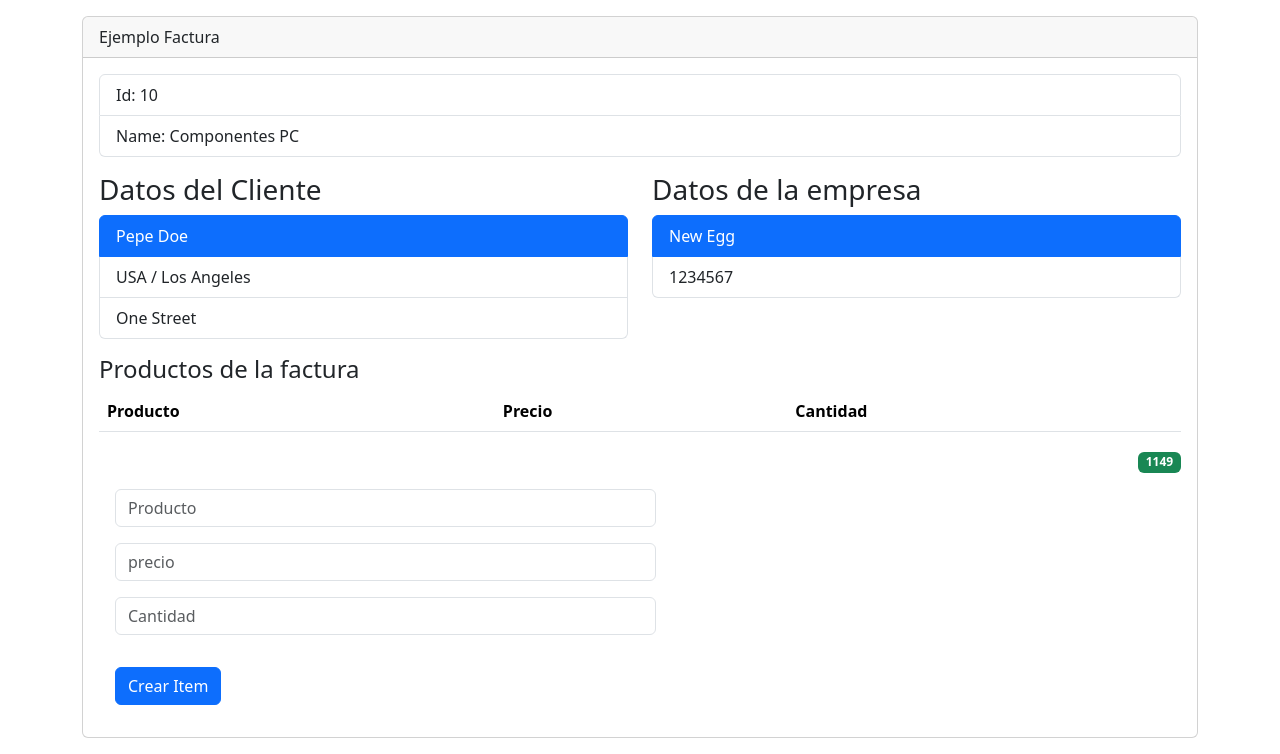
Repository: bryanesteban/4-invoice-app
Page: /
An editor plug-in stored every save of this project. The page is shown before and after the next save, followed by the edit.
The browser window is 1280 px wide. The pictures show the whole page.
The project was rebuilt for these pictures with package versions that can differ from the ones it lists, and the page was loaded fresh each time. Also part of the build but not shown: vite.config.js.

Above is the page before, as saved 2023-11-23 20:50:27.

### index.html
<!doctype html>
<html lang="en">
  <head>
    <meta charset="UTF-8" />
    <link rel="icon" type="image/svg+xml" href="/vite.svg" />
    <link href="https://cdn.jsdelivr.net/npm/bootstrap@5.3.2/dist/css/bootstrap.min.css" rel="stylesheet" integrity="sha384-T3c6CoIi6uLrA9TneNEoa7RxnatzjcDSCmG1MXxSR1GAsXEV/Dwwykc2MPK8M2HN" crossorigin="anonymous">
    <meta name="viewport" content="width=device-width, initial-scale=1.0" />
    <title>Vite + React</title>
  </head>
  <body>
    <div id="root"></div>
    <script type="module" src="/src/main.jsx"></script>
  </body>
</html>

### src/main.jsx
//import React from 'react'
import ReactDOM from 'react-dom/client'
import { InvoiceApp } from './InvoiceApp'


ReactDOM.createRoot(document.getElementById('root')).render(
 // <React.StrictMode>
    <InvoiceApp />
 // </React.StrictMode>,
)

### src/InvoiceApp.jsx
import { getInvoice } from "./services/getInvoice"
import { ClientView } from "./components/ClientView";
import { CompanyView } from "./components/CompanyView";
import { InvoiceView } from "./components/InvoiceView";
import { ListItemsView } from "./components/ListItemsView";
import { TotalView } from "./components/totalView";
import { useEffect, useState } from "react";


export const InvoiceApp = () =>{

    const [invoice, setInvoice] = useState({
        id: 10,
        name: '',
        client:{
            name:'',
            lastname:'',
            address:{
                country:'',
                city: '',
                street:' ',
                numeber:0
            }
        },
            company:{
                name:'',
                fiscalNumber: 0,
            },
            items: []
    });

    useEffect(() => {
        const data = getInvoice();
        console.log(invoice);
        setInvoice(data);
    }, []);




    const {id, name, client, company, items: itemsInitial, total} = invoice;

    const [formItemsState, setformItemsState] = useState({
        product: '',
        price: '',
        quantity: '',
    });

    const {product, price, quantity} = formItemsState;

    /*const [productValue, setProductValue] = useState('');
    const [priceValue, setPriceValue] = useState('');
    const [quantityValue, setQuantityValue] = useState('');*/
    const [counter, setCounter] = useState(4);

    const [items, setItems] = useState(itemsInitial);


    const onInputChange = ({ target: {name, value} }) => {
        setformItemsState({
            ...formItemsState,
            [ name ]: value
        });
        //console.log(value);
        //console.log(name);
    }

    /*const onProductChange = ({ target }) =>{
        setProductValue(target.value)
        console.log(target.value)
    }

    const onPriceChange = ({ target }) =>{
        setPriceValue(target.value)
        console.log(target.value)
    }

    const onQuantityChange = ({ target }) =>{
        setQuantityValue(target.value)
        console.log(target.value)
    }*/

    const onInvoiceItemsSubmit = (event) => {
        event.preventDefault();
        if(product.trim().length <= 1) return;

        if(price.trim().length < 1 || isNaN(price.trim())){
            alert('Error el precio no es un numero');
            return;
         }
        if(quantity.trim().length < 1 || isNaN(quantity.trim())){
           alert('Error la cantidad no es un numero');
           return;
        }
        setItems([...items, { id: counter,
                              product: product.trim(),
                              price: +price.trim(),
                              quantity: parseInt(quantity.trim(), 10)}]);

        setformItemsState({
            product: '',
            price: '',
            quantity: '',
        })
        setCounter(counter + 1);
    }

    return(
       <>
        <div className="container">

            <div className="card my-3" >

                <div className= "card-header">

                    Ejemplo Factura
                </div>

                <div className="card-body">
                       <InvoiceView id= {id} name ={name}/>
                    <div className="row my-3">
                        <div className="col">
                           <ClientView title= "Datos del Cliente" client = {client} />
                        </div>
                        <div className="col">
                           <CompanyView title= "Datos de la empresa" company ={company} />
                        </div>
                    </div>
                    <ListItemsView title="Productos de la factura" items={items} />
                    <TotalView total={total}></TotalView>
                    <form className="w-50" onSubmit={ event => onInvoiceItemsSubmit(event) }>
                        <input type="text"
                               name="product"
                               value={ product}
                               placeholder="Producto"
                               className="form-control m-3"
                               onChange={ onInputChange }/>

                        <input type="text"
                               name="price"
                               value={price}
                               placeholder="precio"
                               className="form-control m-3"
                               onChange={ event => onInputChange(event) }/>

                        <input type="text"
                               name="quantity"
                               value={quantity}
                               placeholder="Cantidad"
                               className="form-control m-3"
                               onChange={ onInputChange }/>

                        <button type ="submit"
                                className="btn btn-primary m-3">
                                Crear Item
                        </button>
                    </form>
                </div>
            </div>
        </div>

       </>
    )
}

### src/services/getInvoice.js
import { invoice } from "../data/invoice"

export const getInvoice = () => {

    //console.log(invoice);

    /*let total = 0;
    invoice.items.forEach( items =>{
        total =total + items.price * items.quantity;

    });*/

    const total = invoice.items
        .map( item => item.price * item.quantity)
        .reduce((accumulator,currentValue) => accumulator + currentValue, 0)

    return {...invoice,total};
}

### src/components/ClientView.jsx
import PropTypes from 'prop-types';

export const ClientView = ({title, client}) =>{
    const {
        name: nameClient,
        lastname,
        address:{
            country,
            city,
            street,
            number}
         } = client;

    //const { country, city, street, number} = address;

    return (
        <>
         <h3>{title}</h3>
                            <ul className="list-group">
                                <li className="list-group-item active">{nameClient} {lastname}</li>
                                <li className="list-group-item">{country} / {city}</li>
                                <li className="list-group-item">{street} {number}</li>
                            </ul>
        </>
    )
}

ClientView.protoTypes ={
    title: PropTypes.string.isRequired,
    client: PropTypes.object.isRequired,
}

### src/components/CompanyView.jsx
import PropTypes from 'prop-types';

export const CompanyView = ({title, company}) => {


    return (
        <>
        <h3>{ title }</h3>
                            <ul className="list-group">
                                <li className="list-group-item active"> {company.name}</li>
                                <li className="list-group-item"> {company.fiscalNumber}</li>
                            </ul>
        </>
    )
}

CompanyView.propTypes = {
    title: PropTypes.string.isRequired,
    company: PropTypes.object.isRequired,

}

### src/components/InvoiceView.jsx
import PropTypes from 'prop-types';
export const InvoiceView = ({id, name}) =>{

    return (
        <>
         <ul className ="list-group">
                            <li className="list-group-item">Id: {id}</li>
                            <li className="list-group-item">Name: {name}</li>
                        </ul>

        </>
    )
}

InvoiceView.propTypes = {
    id: PropTypes.number.isRequired,
    name: PropTypes.string.isRequired
}

### src/components/ListItemsView.jsx
import { RowItemView } from "./RowItemView"
import PropTypes from 'prop-types';

export const ListItemsView  = ({title, items}) => {

    return (
        <>
        <h4> {title}</h4>
                    <table className="table table-striped table-hover">
                        <thead>
                            <tr>
                                <th>Producto</th>
                                <th>Precio</th>
                                <th>Cantidad</th>
                            </tr>
                        </thead>
                        <tbody>
                            {items.map(({id, product, price,quantity}) => (
                                    <RowItemView key={ id } product={product} price={price} quantity={quantity} />
                            ))}
                        </tbody>

                    </table>
        </>
    )

}

ListItemsView.propTypes = {
    title : PropTypes.string.isRequired,
    items: PropTypes.array.isRequired,
}

### src/components/totalView.jsx
export const TotalView  = ({total}) =>{


    return (
    <>
    <div className="text-end">
        <span className="badge bg-success">{total}</span>
    </div>
    </>
    )
}

### src/data/invoice.js
export const invoice ={
    id: 10,
    name: 'Componentes PC',
    client:{
        name:'Pepe',
        lastname:'Doe',
        address:{
            country:'USA',
            city: 'Los Angeles',
            street:' One Street',
            numeber:12
        }
    },
        company:{
            name:'New Egg',
            fiscalNumber: 1234567,
        },
        items: [
           {
            id: 1,
            product: 'Cpu Intel i7',
            price: 499,
            quantity: 1,
           },
           {
            id: 2,
            product: 'Corsair Keyboard Marcanico',
            price: 150,
            quantity: 2,
           },
           {
            id: 3,
            product: 'Monitor Asus',
            price: 350,
            quantity: 1,
           },

        ]


}

### src/components/RowItemView.jsx
import PropTypes from 'prop-types';

export const RowItemView = ({product, price, quantity}) => {
    return (
        <>
             <tr >
                    <td>{product}</td>
                    <td>{price}</td>
                    <td>{quantity}</td>
            </tr>
        </>
    )
}


RowItemView.propTypes = {
    product :  PropTypes.string.isRequired,
    price : PropTypes.number.isRequired,
    quantity : PropTypes.number.isRequired,
}

After the next save:
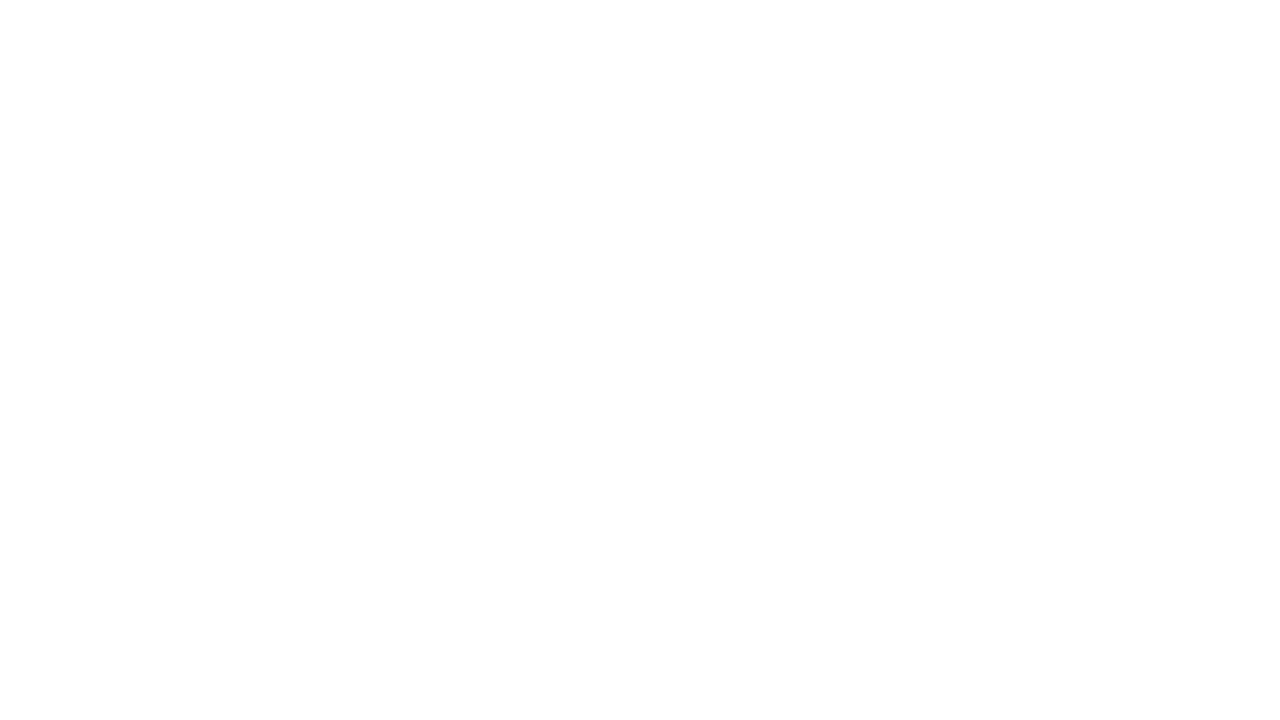
Console error: ReferenceError: Cannot access 'itemsInitial' before initialization
Saved 32 s later.
--- a/src/InvoiceApp.jsx
+++ b/src/InvoiceApp.jsx
@@ -35,7 +35,7 @@
         setInvoice(data);
     }, []);
 
-
+    const [items, setItems] = useState(itemsInitial);
 
 
     const {id, name, client, company, items: itemsInitial, total} = invoice;
@@ -52,8 +52,6 @@
     const [priceValue, setPriceValue] = useState('');
     const [quantityValue, setQuantityValue] = useState('');*/
     const [counter, setCounter] = useState(4);
-
-    const [items, setItems] = useState(itemsInitial);
 
 
     const onInputChange = ({ target: {name, value} }) => {

After the 3 saves that followed:
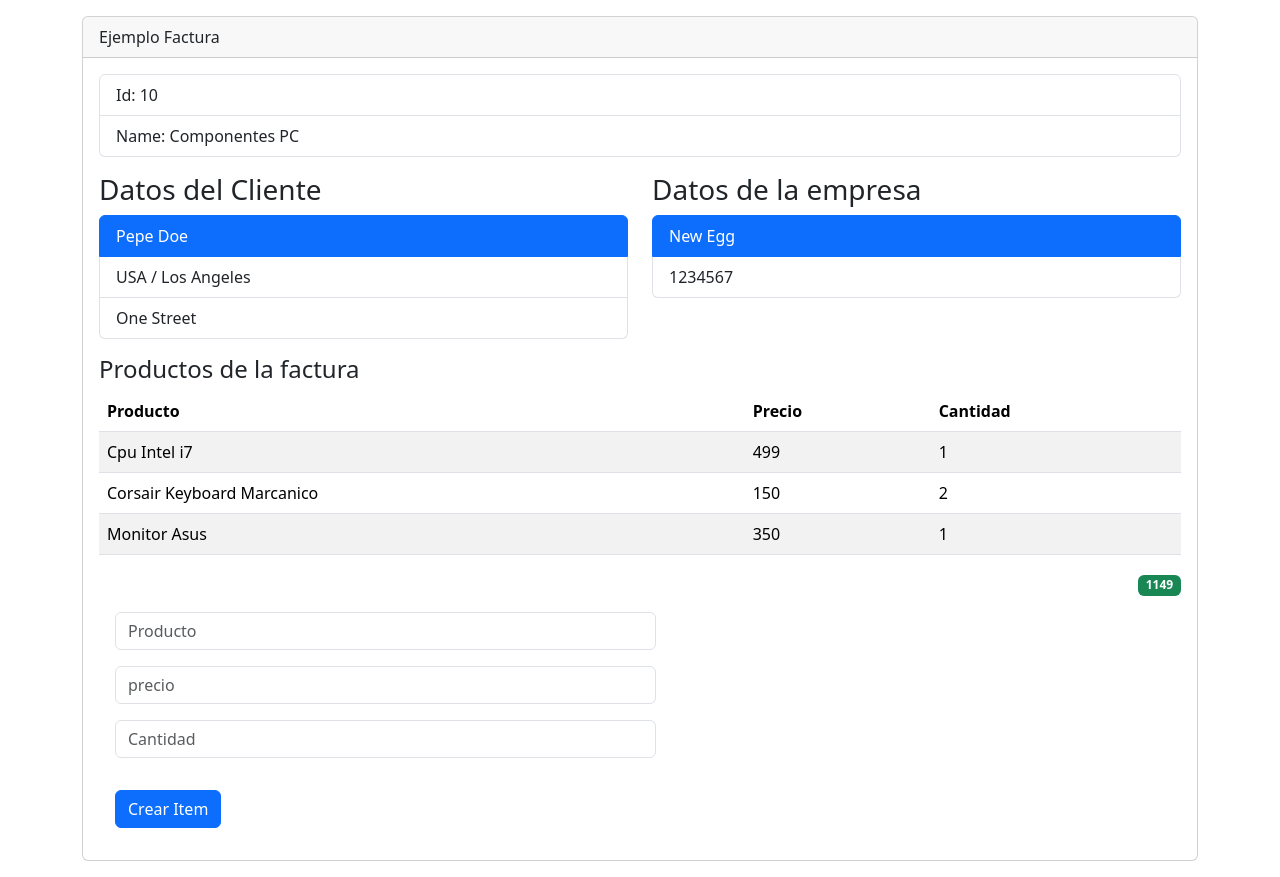
The error is gone.
The 3 saves are shown as one change because 2 left the picture as it was.
The last was saved 103 s later.
--- a/src/InvoiceApp.jsx
+++ b/src/InvoiceApp.jsx
@@ -29,13 +29,17 @@
             items: []
     });
 
+    const [items, setItems] = useState([]);
+
     useEffect(() => {
         const data = getInvoice();
         console.log(invoice);
         setInvoice(data);
+        setItems(data.items);
+
     }, []);
 
-    const [items, setItems] = useState(itemsInitial);
+
 
 
     const {id, name, client, company, items: itemsInitial, total} = invoice;
